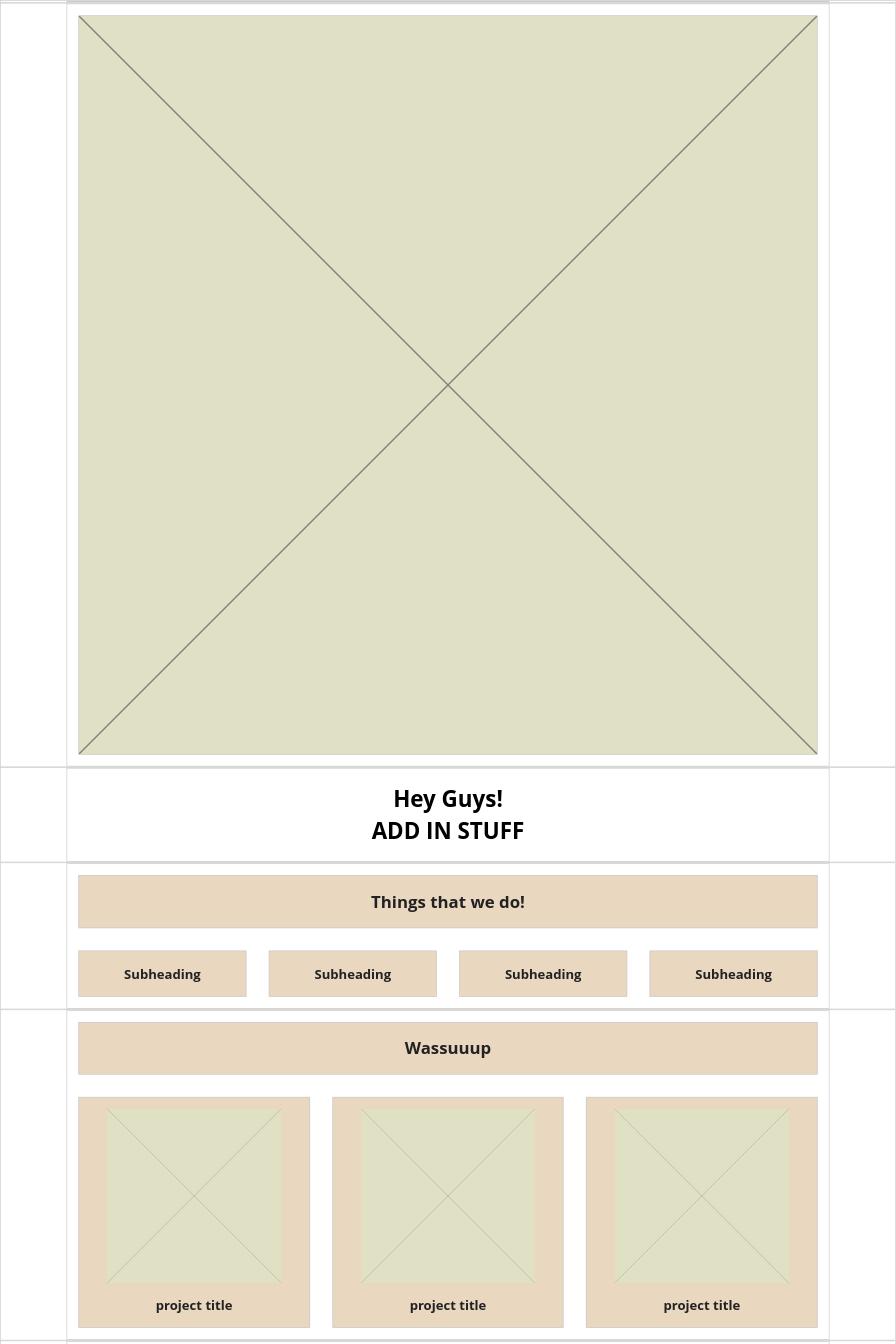
Repository: eilidhma/metrolics
Page: index.html
An editor plug-in stored every save of this project. The page is shown before and after the next save, followed by the edit.
The browser window is 1280 px wide. The pictures show the part of the page from y = 0 to 1920 px (the page is 3373 px tall before and 1458 px after), at 70% of full size.

Above is the page before, as saved 2021-02-02 17:41:43.

After the next save:
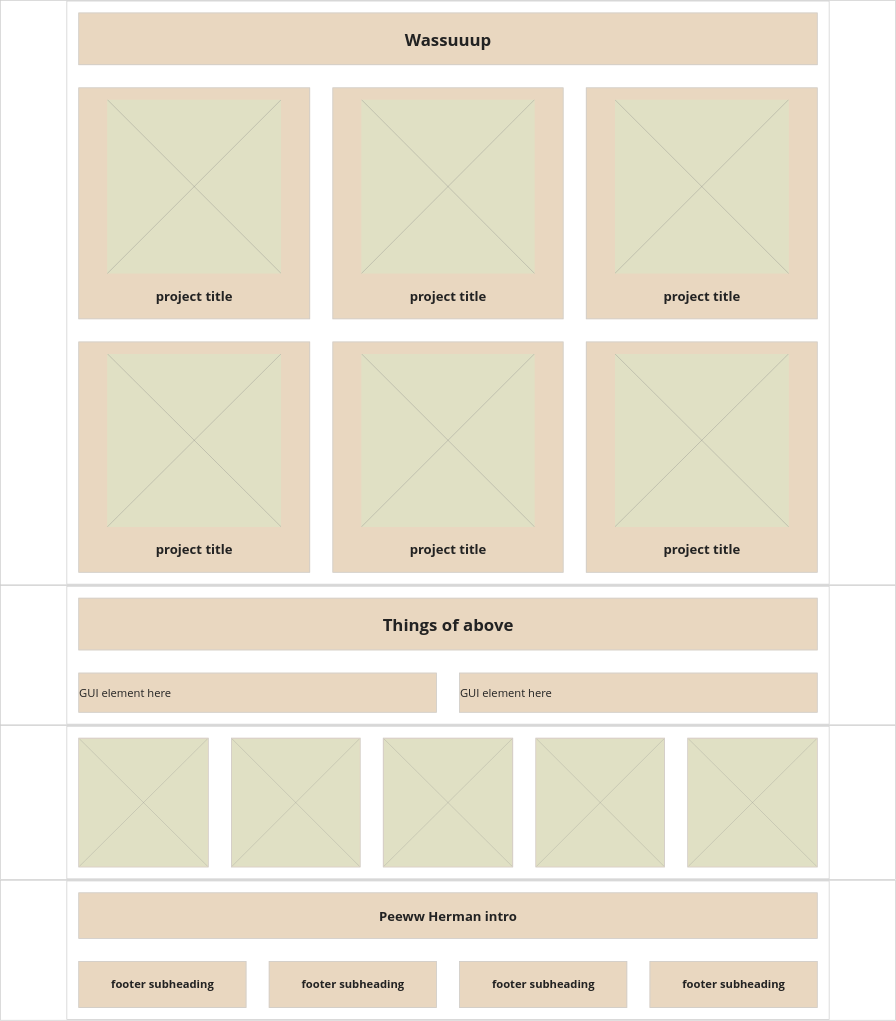
Saved 63 s later.
--- a/index.html
+++ b/index.html
@@ -328,7 +328,7 @@
     ga('create', 'UA-XXXXX-Y', 'auto'); ga('set', 'anonymizeIp', true); ga('set', 'transport', 'beacon'); ga('send', 'pageview')
   </script>
   <script src="https://www.google-analytics.com/analytics.js" async></script>
-</body> -->
+</body>
 
 <body class="page page-home">
   <header class="page__header">

After the save that followed:
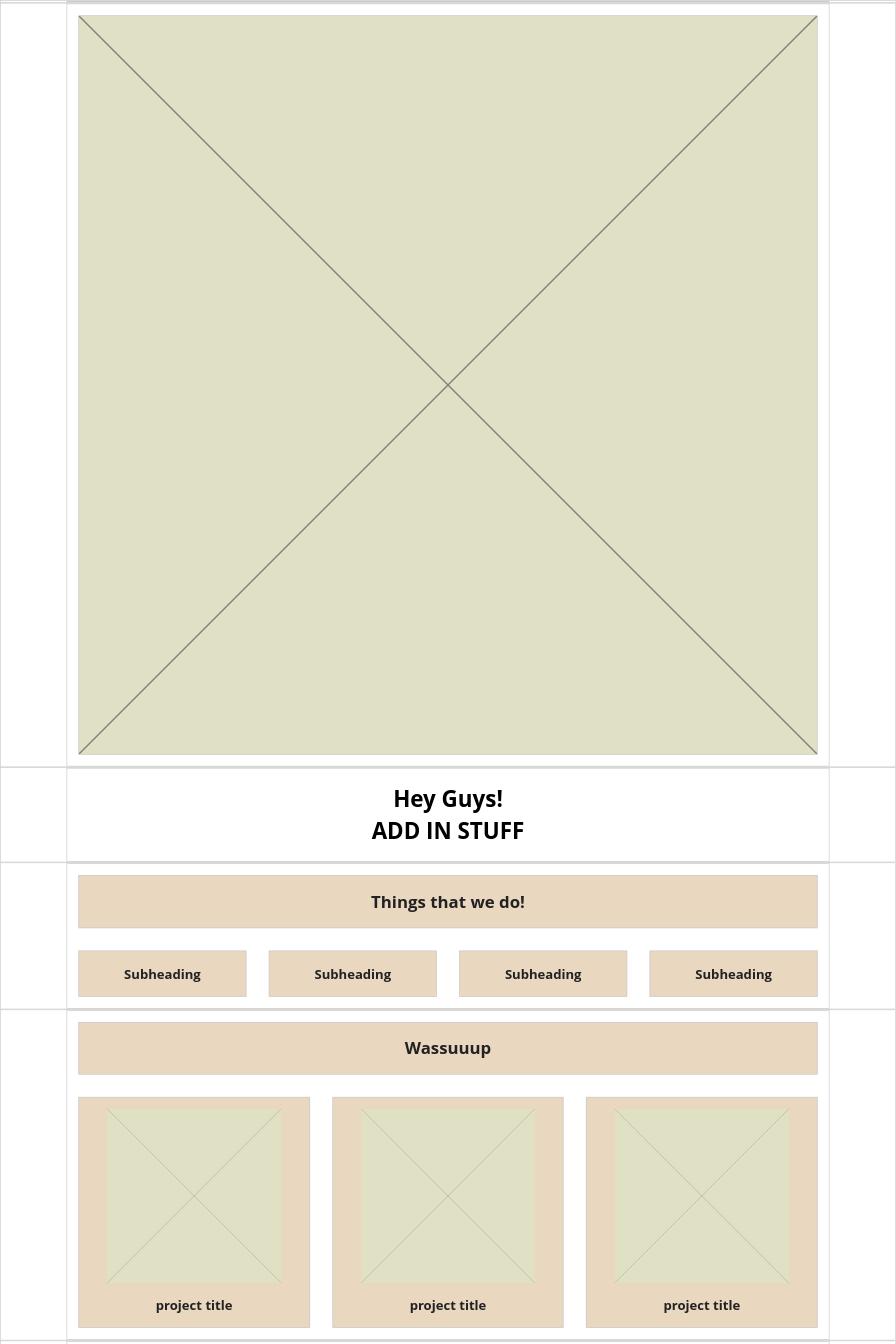
Saved 20 s later.
--- a/index.html
+++ b/index.html
@@ -328,7 +328,7 @@
     ga('create', 'UA-XXXXX-Y', 'auto'); ga('set', 'anonymizeIp', true); ga('set', 'transport', 'beacon'); ga('send', 'pageview')
   </script>
   <script src="https://www.google-analytics.com/analytics.js" async></script>
-</body>
+</body> -->
 
 <body class="page page-home">
   <header class="page__header">
